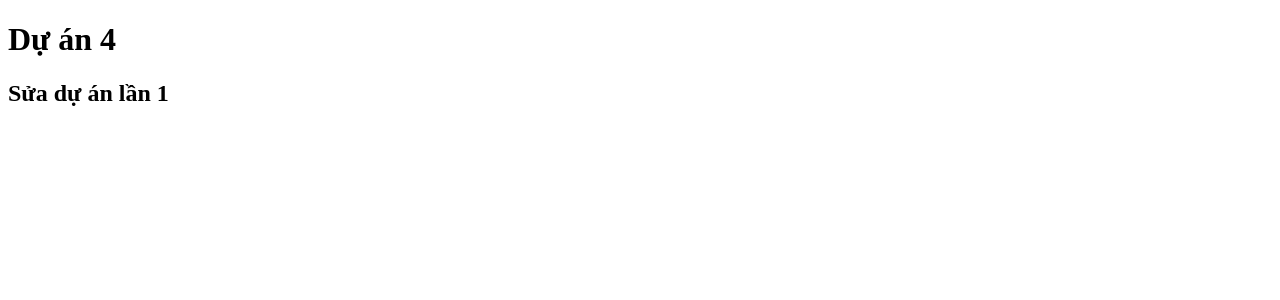
Repository: hnq145/DuAn_4
Page: index.html
An editor plug-in stored every save of this project. The page is shown before and after the next save, followed by the edit.
The browser window is 1280 px wide. The pictures show the whole page.

Above is the page before, as saved 2024-06-01 10:26:20.

### index.html
<!DOCTYPE html>
<html lang="en">
  <head>
    <meta charset="UTF-8" />
    <meta name="viewport" content="width=device-width, initial-scale=1.0" />
    <title>Document</title>
  </head>
  <body>
    <h1>Dự án 4</h1>
    <h2>Sửa dự án lần 1</h2>
  </body>
</html>

After the next save:
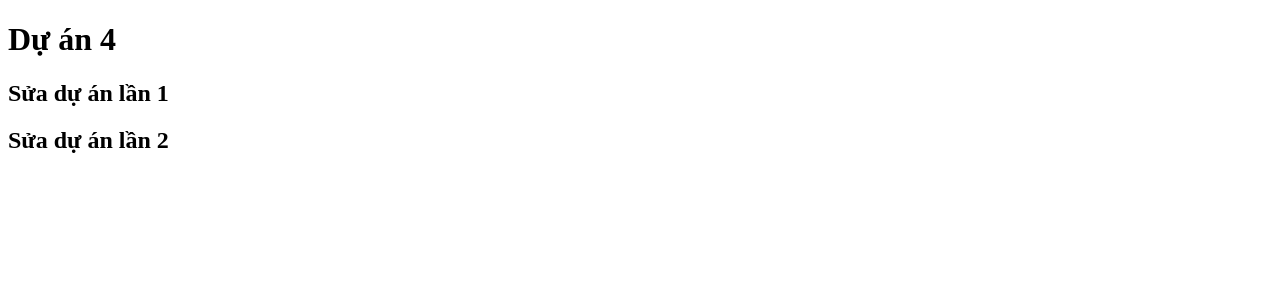
Saved 9 s later.
--- a/index.html
+++ b/index.html
@@ -8,5 +8,6 @@
   <body>
     <h1>Dự án 4</h1>
     <h2>Sửa dự án lần 1</h2>
+    <h2>Sửa dự án lần 2</h2>
   </body>
 </html>
